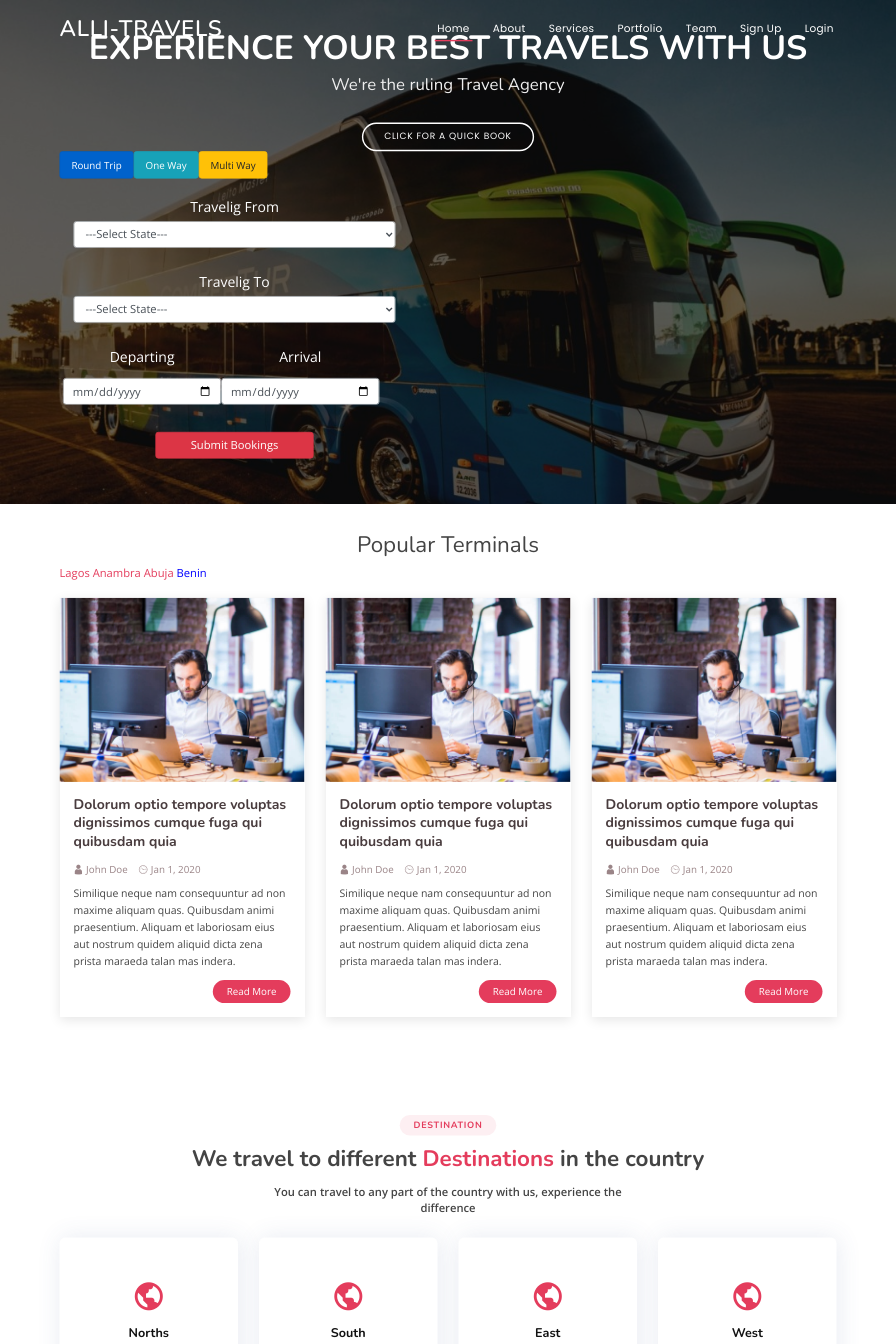
Repository: yazshrilld/Transport_Booking_system
Page: http://localhost/Transport_Project/admin/index.php
These files come from the project's save history. The page is drawn as it stood at one moment and after a run of saves; the edit follows.
The browser window is 1280 px wide. The pictures show the part of the page from y = 0 to 1920 px (the page is 7328 px tall), at 70% of full size.
Backgrounds fixed to the window are drawn as part of the page. The page is run by PHP 8.4 with error messages shown; the project is at /var/www/html/. Other server files are loaded and not shown. The database holds what the project's SQL file puts in it.

Above is the page before, as saved 2021-01-24 02:53:20.

### admin/home_check.php
<div>
    <form class="booking-form-box" method="POST" action="booking_1.php">
		<div class="booking-form-box">
		    <div class="booking-form">
		        <label>Travelig From</label>
			    <select name="state_from" class="form-control origin">
				        <option value="0">---Select State---</option>
				        <?php
					        $origin_query = mysqli_query($connection, "SELECT * FROM `origin`") ;
					        while($row = mysqli_fetch_array($origin_query)) {
						?>
						<option value="<?php echo $row['origin_id'] ?>"><?php echo $row['origin_state'] ?></option>
						<?php
					        }
				        ?>
			    </select><br />

			        <label>Travelig To</label>
			        <select name="state_to" class="form-control trip">
				        <option value="0">---Select State---</option>
			        </select><br />
			        <div class="row">
						<div class="input-grp col-xs-6">
							<label>Departing</label>
							<input type="date" class="form-control select-date"><br />
						</div>
						<div class="input-grp col-xs-6">
							<label>Arrival</label>
							<input type="date" class="form-control select-date">
						</div>
					</div>
                        <input type="hidden" value='view' name='action' class="form-control">
		            <div class="input-grp">
						<?php if(isset($_SESSION['login_user'])==true) {?>
							<a href="booking.php" class="btn-get-started scrollto">Book A Trip</a>
						<?php
						} else{
						?>
							<input type="submit" value="Submit Bookings" class="btn btn-danger btn-block">
						<?php
						}
						?>
		            </div>
		    </div>
		</div>
	</form>
</div>

### transport_project.sql (the tables this page reads)
CREATE TABLE `origin` (
  `origin_id` int(11) NOT NULL,
  `origin_state` varchar(255) NOT NULL
) ENGINE=InnoDB DEFAULT CHARSET=latin1;

INSERT INTO `origin` (`origin_id`, `origin_state`) VALUES
(1, 'fdhha'),
(2, 'Abuja'),
(3, 'Lagos'),
(4, 'Enugu'),
(5, 'dfgfd'),
(6, 'Abakaliki');

ALTER TABLE `origin`
  ADD PRIMARY KEY (`origin_id`);

ALTER TABLE `origin`
  MODIFY `origin_id` int(11) NOT NULL AUTO_INCREMENT, AUTO_INCREMENT=7;

CREATE TABLE `trips` (
  `trip_id` int(11) NOT NULL,
  `trip_origin_id` int(11) NOT NULL,
  `trip_state` varchar(255) NOT NULL,
  `trip_title` varchar(255) NOT NULL,
  `trip_cost` varchar(255) NOT NULL,
  `trip_dst` varchar(255) NOT NULL,
  `trip_image` varchar(255) NOT NULL,
  `trip_description` varchar(200) NOT NULL,
  `date_departure` date NOT NULL,
  `date_arrival` date NOT NULL
) ENGINE=InnoDB DEFAULT CHARSET=latin1;

INSERT INTO `trips` (`trip_id`, `trip_origin_id`, `trip_state`, `trip_title`, `trip_cost`, `trip_dst`, `trip_image`, `trip_description`, `date_departure`, `date_arrival`) VALUES
(1, 1, 'Lagos', 'Abuja - Asaba', '288', '200km', 'trip_img/b424cc1d2177a2862dcd057eb71b8d4fchickens-768x575.jpg', 'this trip is expeertrare', '0000-00-00', '0000-00-00'),
(2, 1, 'Ibadan', 'Abuja - Calabar', '288', '200km', 'trip_img/a47c85894012d452a0f5a65495ba04f5chickens-768x575.jpg', 'this trip is expeertrare', '0000-00-00', '0000-00-00'),
(3, 1, 'Abuja', 'Lagos - Akure', '288', '200km', 'trip_img/fe7e5cecab8fdf5b9204a1989346b7afanneliese-phillips-uv4-vl3liKM-unsplash.jpg', 'Enjoy your Journey', '0000-00-00', '0000-00-00'),
(4, 2, 'Asaba', 'Enugu - Owerri', '300', '50km', 'trip_img/e90a1a0970cfc7a5edceeca68f951f0dcoker-alafia.jpg', 'Eat your food as you journey', '0000-00-00', '0000-00-00'),
(5, 1, 'Enugu', 'Imo - osun', '600', '40', 'gfhsgsgsfg.jpg', 'sths iys zhz zda', '0000-00-00', '0000-00-00'),
(6, 1, 'Calabar', 'Jalingo - Sokoto', '466', '23', 'sdfgaesdh.jpg', 'awaaer adfghq qethh', '0000-00-00', '0000-00-00'),
(7, 1, 'kogi', 'kogi - lokoja', '345', '34km', 'kjfkjfk.jpg', 'dkfjkfjndjvn', '0000-00-00', '0000-00-00'),
(8, 0, '', '', '', '', '', '', '2023-01-02', '2021-12-31');

ALTER TABLE `trips`
  ADD PRIMARY KEY (`trip_id`);

ALTER TABLE `trips`
  MODIFY `trip_id` int(11) NOT NULL AUTO_INCREMENT, AUTO_INCREMENT=9;

Loaded but not shown: admin/assets/js/main.js (173 lines, source omitted); admin/assets/css/style.css (2028 lines, source omitted); admin/header.php (69 lines, source omitted); admin/css/font.css (111 lines, source omitted); admin/profile_check.php (33 lines, source omitted); admin/contact_check.php (33 lines, source omitted); admin/index.php (860 lines, source omitted)

After the next 3 saves:
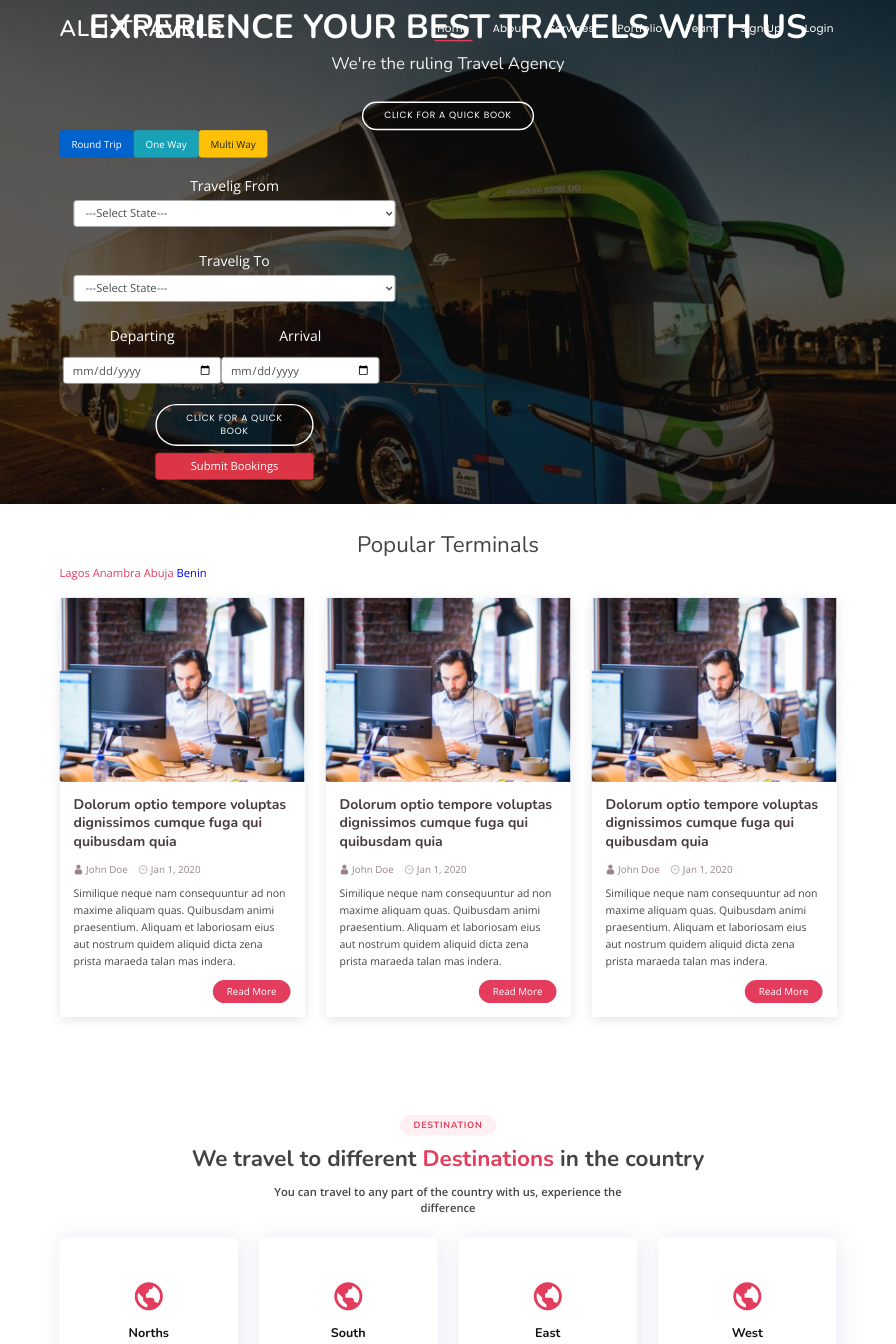
The 3 saves are shown as one change because they came seconds apart.
The last was saved 114 s later.
--- a/admin/home_check.php
+++ b/admin/home_check.php
@@ -36,10 +36,11 @@
 						<?php
 						} else{
 						?>
-							<input type="submit" value="Submit Bookings" class="btn btn-danger btn-block">
+							<a href="user_login.php" class="btn-get-started scrollto">Click For A Quick Book</a>
 						<?php
 						}
 						?>
+		                <input type="submit" value="Submit Bookings" class="btn btn-danger btn-block">
 		            </div>
 		    </div>
 		</div>
